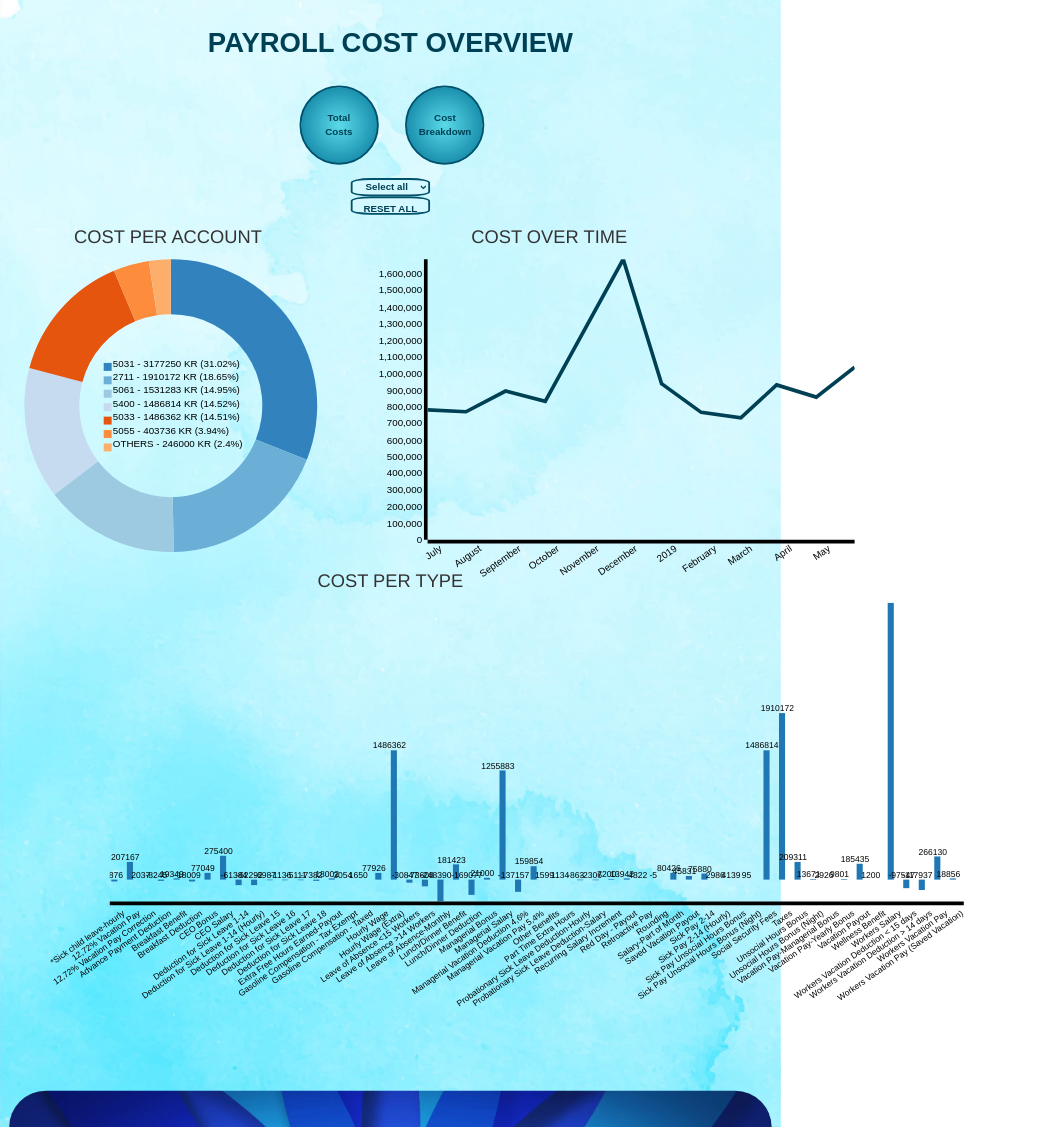
Repository: Code-Institute-Submissions/danfiliphoff-Milestoneproject-2
Page: account.html
The author's editor kept a record of every edit. The page is drawn from the files as they stood at one moment, then again after the next edit.
The browser window is 1280 px wide. The page is 1730 px wide, so the pictures cover 1730 px, including what lies to the right of the window. The pictures show the whole page, at 61% of full size.

Above is the page before.

After the next edit:
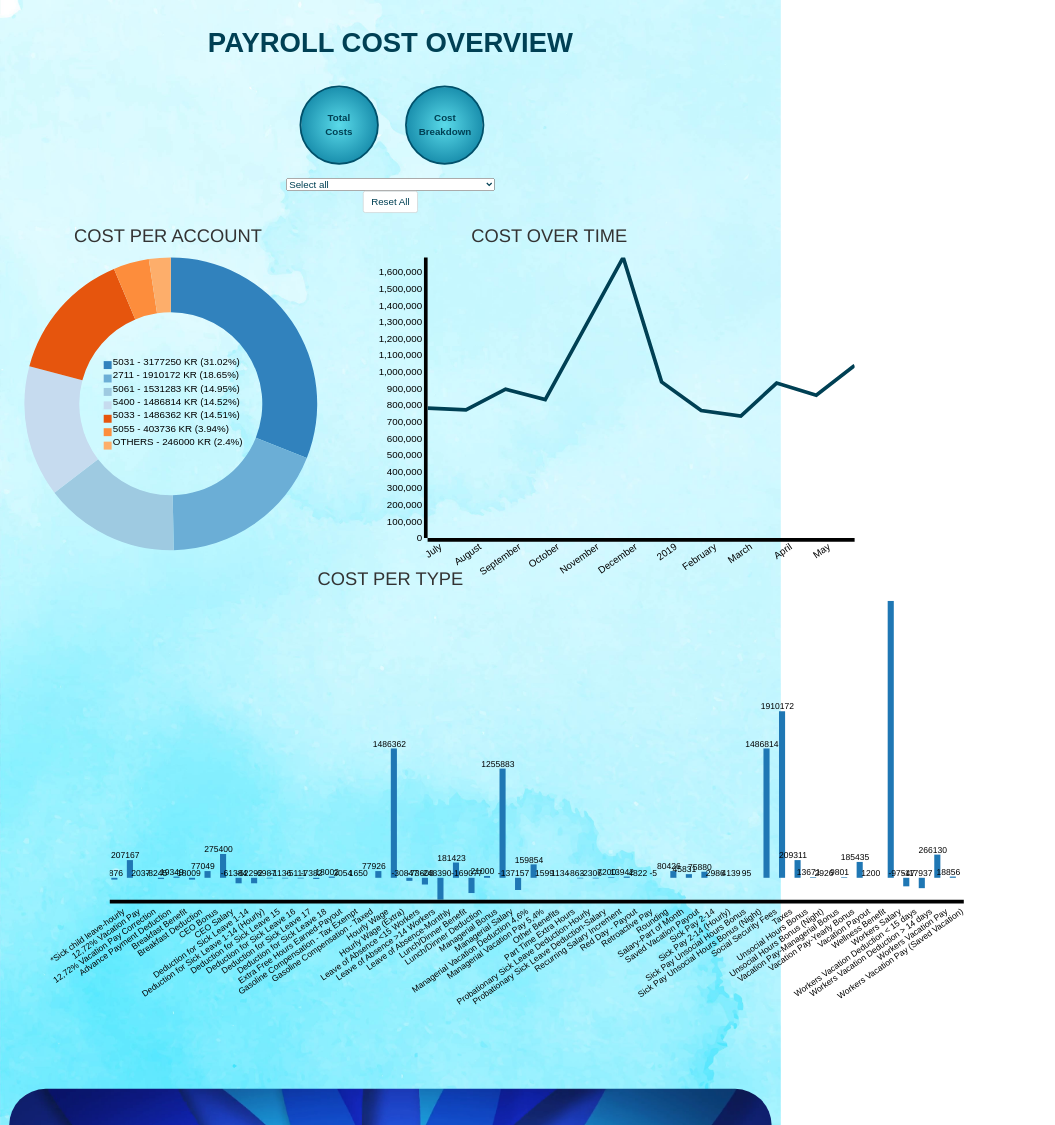
The edit:
--- a/static/css/style.css
+++ b/static/css/style.css
@@ -164,34 +164,7 @@
     margin:auto;
 }
 
-#salary-type-selector > select,
-#index-background > div > div.container > div:nth-child(2) > div > button{
-    font-family: "Nunito", Arial;
-    font-size: 16px;
-    background-color: inherit;
-    height: 30px;
-    width: 130px;
-    font-family: "Nunito", Arial;
-    font-weight: 800;
-    font-size:16px;
-    border: 3px solid #00516b;
-    text-align: center;
-}
-
-#salary-type-selector > select,button, input, select, textarea,
-#index-background > div > div.container > div:nth-child(2) > div > button{
-    background-color: #D3F8FF;
-    border-radius: 25%;
-    text-align: center;
-}
-
-#index-background > div > div.container > div:nth-child(2) > div > button > a{
-    text-transform: uppercase;
-}
-
-#index-background > div.container > div:nth-child(2) > section{
-    margin-top: 80px;
-}
+
 
 #cost-per-account > svg >.dc-legend{
     font-family: "Nunito", Arial;

After the edit that followed:
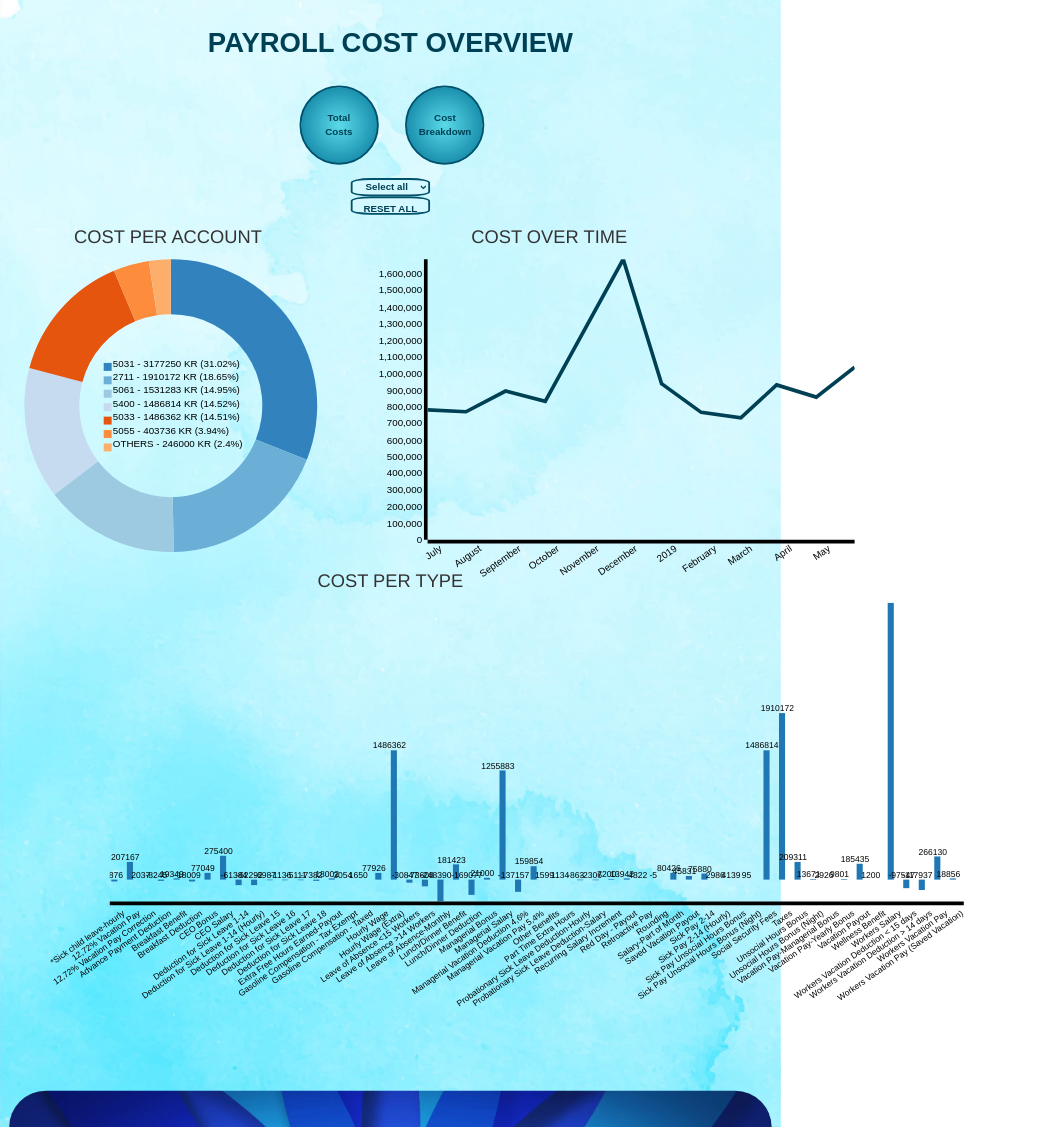
The edit:
--- a/static/css/style.css
+++ b/static/css/style.css
@@ -134,6 +134,34 @@
 }
 
 /*--------------SELECTORS AND DROPDOWNS -------------------*/
+#salary-type-selector > select,
+#index-background > div > div.container > div:nth-child(2) > div > button{
+    font-family: "Nunito", Arial;
+    font-size: 16px;
+    background-color: inherit;
+    height: 30px;
+    width: 130px;
+    font-family: "Nunito", Arial;
+    font-weight: 800;
+    font-size:16px;
+    border: 3px solid #00516b;
+    text-align: center;
+}
+
+#salary-type-selector > select,button, input, select, textarea,
+#index-background > div > div.container > div:nth-child(2) > div > button{
+    background-color: #D3F8FF;
+    border-radius: 25%;
+    text-align: center;
+}
+
+#index-background > div > div.container > div:nth-child(2) > div > button > a{
+    text-transform: uppercase;
+}
+
+#index-background > div.container > div:nth-child(2) > section{
+    margin-top: 80px;
+}
 
 /*--------------GRAPHS AND CHARTS -------------------*/
 
